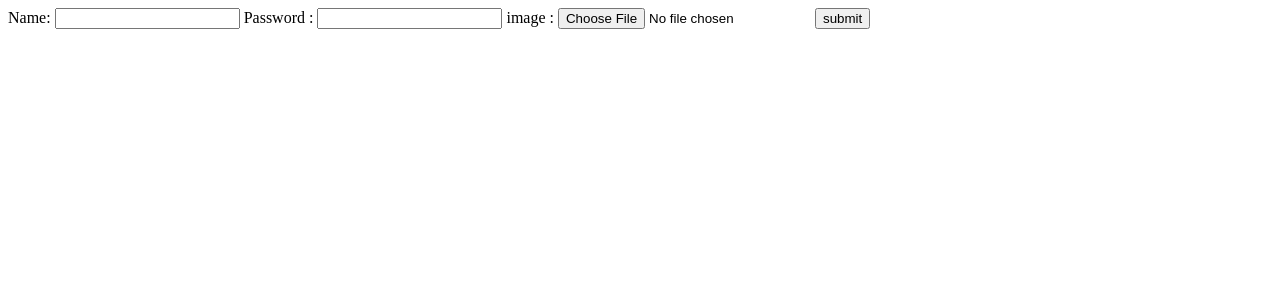
Repository: toprak1919/BaronEmlak
Page: helloworld/page.html
These files come from the project's save history. The page is drawn as it stood at one moment and after the next save; the edit follows.
The browser window is 1280 px wide. The pictures show the whole page.

Above is the page before, as saved 2020-12-08 01:17:33.

### helloworld/page.html
<html>
<head>
</head>
<body>
<form action="processs.php" method="POST" enctype="multipart/form-data">
Name: <input type="text" name="nameInput">
Password : <input type="password" name= "pswd">
image : <input type="file" name="file">
<button type="submit" name='submit'>submit</button>

</form>
</body>
</html>

After the next save:
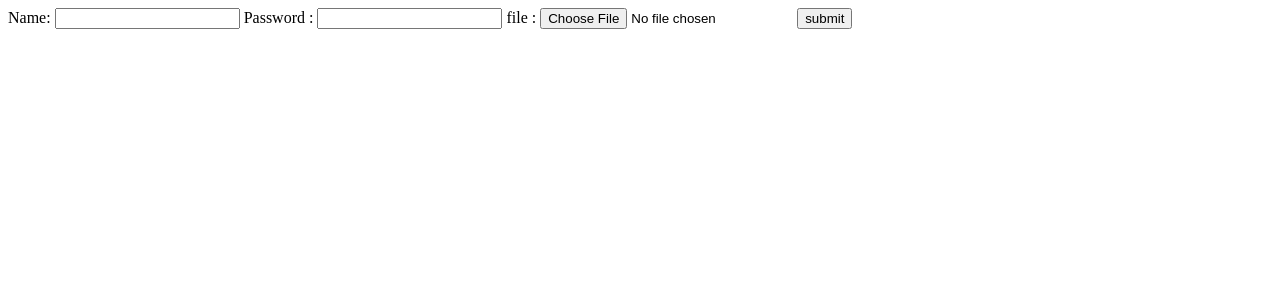
Saved 2 min 19 s later.
--- a/helloworld/page.html
+++ b/helloworld/page.html
@@ -5,7 +5,7 @@
 <form action="processs.php" method="POST" enctype="multipart/form-data">
 Name: <input type="text" name="nameInput">
 Password : <input type="password" name= "pswd">
-image : <input type="file" name="file">
+file : <input type="file" name="file">
 <button type="submit" name='submit'>submit</button>
 
 </form>
